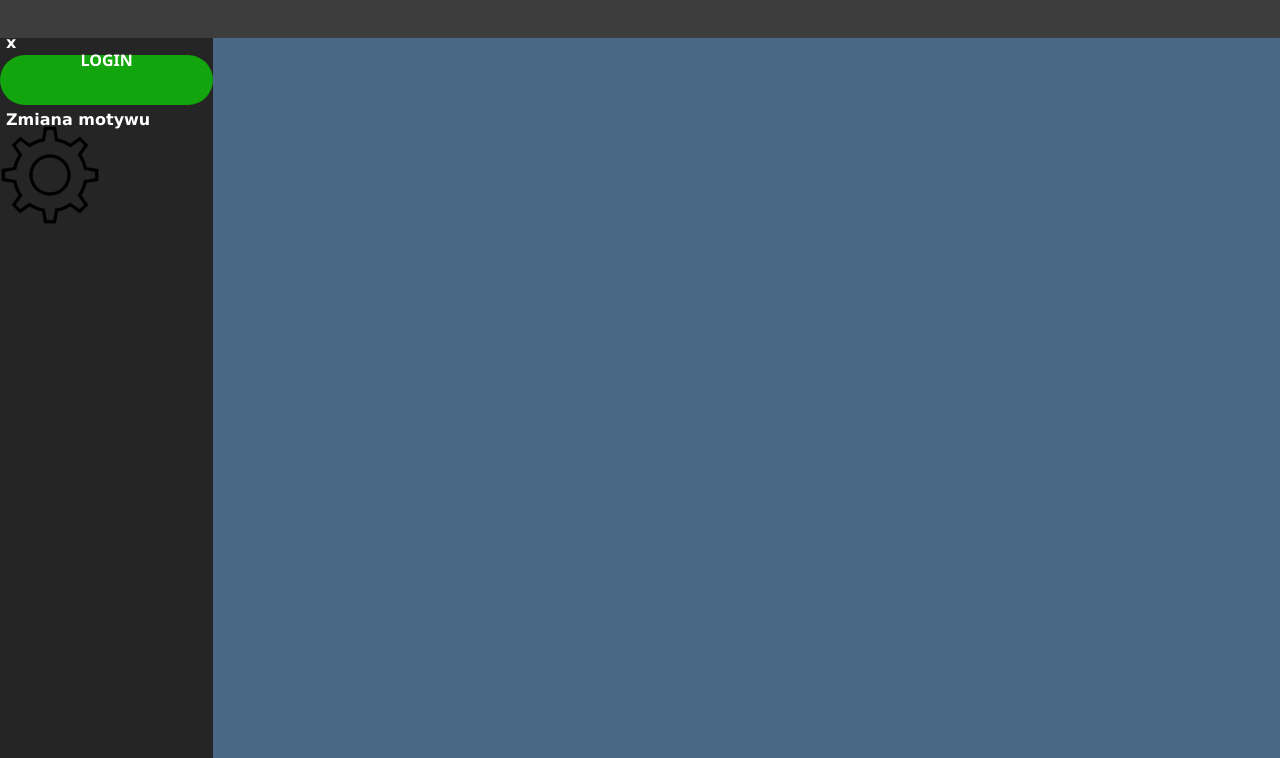
Repository: K4ziWolf/kazi
Page: /, after clicking the first element matching `button.btn`
An editor plug-in stored every save of this project. The page is shown before and after the next save, followed by the edit.
The browser window is 1280 px wide. The pictures show the whole page.
The project was rebuilt for these pictures with package versions that can differ from the ones it lists, and the page was loaded fresh each time. Also part of the build but not shown: vue.config.js, src/components/login_screen.vue, src/components/option_screen.vue.

Above is the page before, as saved 2023-10-20 22:39:41.

### src/App.vue
<template>
<body>
  <section>
  <div id="container" class="col-md-12">
    <div class="d-flex flex-column text-white" style="background-color: rgb(61, 61, 61) ">
    <div class="x-btn">
      <button class="btn btn-outline-secondary" v-bind:class="open_menu_button " @click="showMenuScreen" >
        Pokaż menu
      </button>
      <menu_screen v-if="isMenuScreenVisible" @hide-menu-screen="hideMenuScreen" @show-login-screen="showLoginScreen" @change-theme="changeTheme" @option-open="optionOpener">
      </menu_screen>

    <div> <!--menu_scree i login_screen odpowiedzialne są za pokazywanie się tych komponentów-->
      <login_screen v-if="isLoginScreenVisible" @hide-login-screen="hideLoginScreen">
      </login_screen>
    </div>
    <option_screen v-if="isOptionScreenVisible" @hide-option-screen="HideOptionScreen">
      </option_screen>
  </div>
  </div>
  </div>
  </section>
</body>
</template>

<script>
import menu_screen from './components/menu_screen.vue';
import login_screen from './components/login_screen.vue';
import option_screen from './components/option_screen.vue';
export default {
  components: {
    menu_screen,
    login_screen,
    option_screen,
  },
  data() {
    return {
      open_menu_button: "show",
      open_login_button: "show",
      isLoginScreenVisible: false,
      isMenuScreenVisible: false,
      changecolor:0,
      isOptionScreenVisible: false,
    };
  },
  methods: {
    optionOpener(){
      this.isOptionScreenVisible = true;
    },
    HideOptionScreen(){
      setTimeout(() => {
      this.isOptionScreenVisible = false;
      }, 1000);
    },
    changeTheme() {
        this.changecolor += 1;
      if (this.changecolor % 2 === 0) {
        document.body.style.backgroundColor = 'blue';
      } else {
        document.body.style.backgroundColor = 'red';
      }
    },
    showMenuScreen() { //funkcja pokazująca menu
      this.isMenuScreenVisible = true;
      this.open_menu_button = "hidden";
      this.open_login_button = "show";
    },
    hideMenuScreen() {
      setTimeout(() => { //timeout aby animacja była płynna
        this.open_menu_button = "show";
        this.isMenuScreenVisible = false;
      }, 1200);
    },
    showLoginScreen() {
      this.isLoginScreenVisible = true;
      setTimeout(() => {
      this.isMenuScreenVisible = false;
      }, 1000);
    },
    hideLoginScreen() {
      setTimeout(() => {
        this.open_login_button = "show";
        this.open_menu_button ='show'
        this.isLoginScreenVisible = false;
      }, 1500);
    },
  },
};
</script>

<style>
@import '/src/style.css';

#app {
  font-family: Avenir, Helvetica, Arial, sans-serif;
  -webkit-font-smoothing: antialiased;
  -moz-osx-font-smoothing: grayscale;
  text-align: center;
  color: #2c3e50;
}
.show {
  opacity: 1;
  animation: show_button 0.4s;
}
@keyframes show_button {
  from {
    opacity: 0;
  }
  to {
    opacity: 1;
  }
}
.hidden {
  animation: hide_button 0.4s;
  opacity: 0;
}
@keyframes hide_button {
  from {
    opacity: 1;
  }
  to {
    opacity: 0;
  }
}
body { /*testy moje do zmiany */
  height: 100%;
  width: 100%;
  background-color: rgb(127, 247, 207);
}
.x-btn {
  background-color: rgb(61, 61, 61);

}
.xd-btn {
  text-decoration: none;
  border: none;
  font-family: Verdana, Geneva, Tahoma, sans-serif;
  background-color: #2c3e50;
  border-bottom-left-radius: 25px;
  border-bottom-right-radius: 25px;
  color: white;
  font-weight: bolder;

}
html {
  background-color: #496886;
}
</style>

### src/style.css
template {
    background-color: aqua;
}

### src/components/menu_screen.vue
<template>
     <div class="holder-ten1 col-sm-2" id="menu_holder" :class="menu_box_show">
    <div class="pole-exit-btn" id="Exit_menu_button">
      <button class="exit-baton" id="menu_exit_button" @click="hideMenuScreen">
        x
      </button>
      <button class="baton" id="poka-login" v-bind:class="open_login_button" @click="showLoginScreen">
        LOGIN
      </button>
      <button id="change_theme_btn" v-bind:class="change_theme_btn" @click="changeTheme">
        Zmiana motywu
      </button>
      <div id="gear_icon_box">
        <img
          v-bind:class="open_option_button"
          src="../assets/gear_icon.png"
          alt="Gear Icon"
          @mouseenter="openOptionButtonEnter"
          @mouseleave="openOptionButtonLeave"
          @click="open_options"
        />
      </div>
    </div>
  </div>
  </template>

  <script>
  export default {
    data() {
      return {
        menu_box_show: "show",
        open_option_button: "unanimated",
        change_theme_btn:"bright",
      };
    },
    methods: {
      open_options(){
        this.$emit('option-open');

      },
      changeTheme() {
        if (this.change_theme_btn === 'dark') {
          this.change_theme_btn = 'bright';
        } else {
          this.change_theme_btn = 'dark';
        }
          this.$emit('change-theme');
      },
      hideMenuScreen() {
        this.$emit('hide-menu-screen');
        this.menu_box_show = "hide";
      }, //emit to event, czyli wysłanie do komponenta rodzica komendy wywołania funckji w tym przypadku hideMenuScreen
      showLoginScreen() {
        this.menu_box_show = "hide";
        setTimeout(() => {
          this.$emit('show-Login-Screen');
        }, 200); //opóźnienie dla dobra animacji chyba tak mi się wydaje dawno temu to pisałem
      },
      openOptionButtonEnter() {
        this.open_option_button = "animated";
      },
      openOptionButtonLeave(){
        this.open_option_button = "unanimated";
      },
    },
  };
  </script>
  <style scoped>  /* scoped dotyczy tylko tego dokumentu */
.show {
  animation: show_animation 1s ease-in-out;
}
button{
  line-height:50%;
}
@keyframes show_animation {
  from {
    opacity: 0;
    transform: translate3d(-40%, 0, 0);
  }
  to {
    opacity: 1;
    transform: translate3d(0, 0, 0);
  }
}

.hide {
  opacity: 0;
  animation: hide_animation 1s ease-in-out;
}

@keyframes hide_animation {
  from {
    opacity: 1;
    transform: translate3d(0, 0, 0);
  }
  to {
    opacity: 0;
    transform: translate3d(-40%, 0, 0);
  }
}

#menu_holder {
  background-color: rgb(37, 37, 37) !important;
  position: absolute;
  height: 100vh; /* Ustawienie na 100% wysokości strony */
  display: grid;
  grid-template-columns: 1fr; /* Pasek będzie miał tylko jedną kolumnę */
  gap: 0px;
  grid-template-areas: "Exit_menu_button" "poka-login" "change_theme_btn" "gear_icon_box";
}

.baton {
  background-color: rgb(18, 165, 13);
  display: inline-grid;
  text-decoration: none;
  width: 100%; /* Rozciągnij przycisk na 100% szerokości kontenera */
  height: 50px;
  border-radius: 25px;
  text-align: center;
  font-family: 'Segoe UI', Tahoma, Geneva, Verdana, sans-serif;
  border: none;
  color: white;
  font-weight: bold;
  margin-bottom: 10px; /* Dodaj odstęp między przyciskami */
}

.exit-baton {
  border: none;
  background-color: transparent;
  display: grid;
  font-family: Verdana, Geneva, Tahoma, sans-serif;
  font-weight: bold;
  color: white;
}

  holder-ten1 {
    background-color: rgb(37, 37, 37);
  }
  pole-exit-btn {
    background-color: rgb(37, 37, 37);
  }
  .dark{
    color: rgb(37, 37, 37) !important;
  }
  .bright{

    color: white;
  }
  #gear_icon_box img {
    max-width: 100px;
    cursor: pointer;
  }
  .unanimated{
  animation: back_spin 0.5s;
}
  .animated{
    animation: spin 5s linear infinite;
  }
  @keyframes spin {
  from {
    transform: rotate(0deg);
  }
  to {
    transform: rotate(360deg);
  }
}
@keyframes back_spin {
  from {
    transform: rotate(360deg);
  }
  to {
    transform: rotate(0deg);
  }
 }
 #gear_icon_box {
    height: 30px;
    width: 30px;
    border: none;
    background-color: transparent;
    display: grid;
    font-family: Verdana, Geneva, Tahoma, sans-serif;
    font-weight: bold;
    grid-area: gear_icon_box;
}
  #change_theme_btn{
    border: none;
    background-color: transparent;
    display: grid;

    font-family:Verdana, Geneva, Tahoma, sans-serif;
    font-weight: bold;
    grid-area: change_theme_btn;
   }
  </style>

Loaded but not shown: public/index.html (common file); src/main.js (common file)

After the next save:
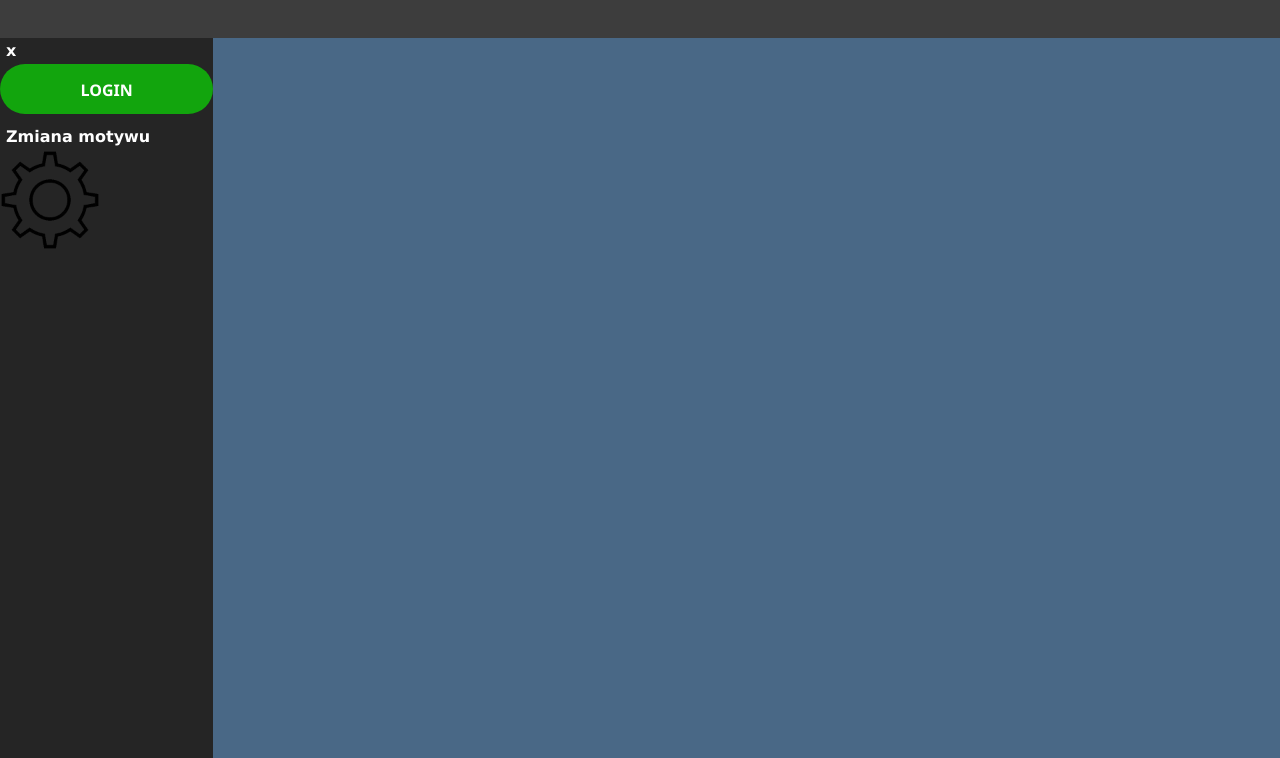
Saved 44 s later.
--- a/src/components/menu_screen.vue
+++ b/src/components/menu_screen.vue
@@ -69,8 +69,20 @@
 .show {
   animation: show_animation 1s ease-in-out;
 }
-button{
-  line-height:50%;
+  .baton {
+  background-color: rgb(18, 165, 13);
+  display: inline-grid;
+  text-decoration: none;
+  width: 100%;
+  height: 50px;
+  border-radius: 25px;
+  text-align: center;
+  font-family: 'Segoe UI', Tahoma, Geneva, Verdana, sans-serif;
+  border: none;
+  color: white;
+  font-weight: bold;
+  margin-bottom: 10px;
+  line-height: 50px; /* Zmieniona wysokość tekstu */
 }
 @keyframes show_animation {
   from {
@@ -191,4 +203,5 @@ button{
     font-weight: bold;
     grid-area: change_theme_btn;
    }
+
   </style>
